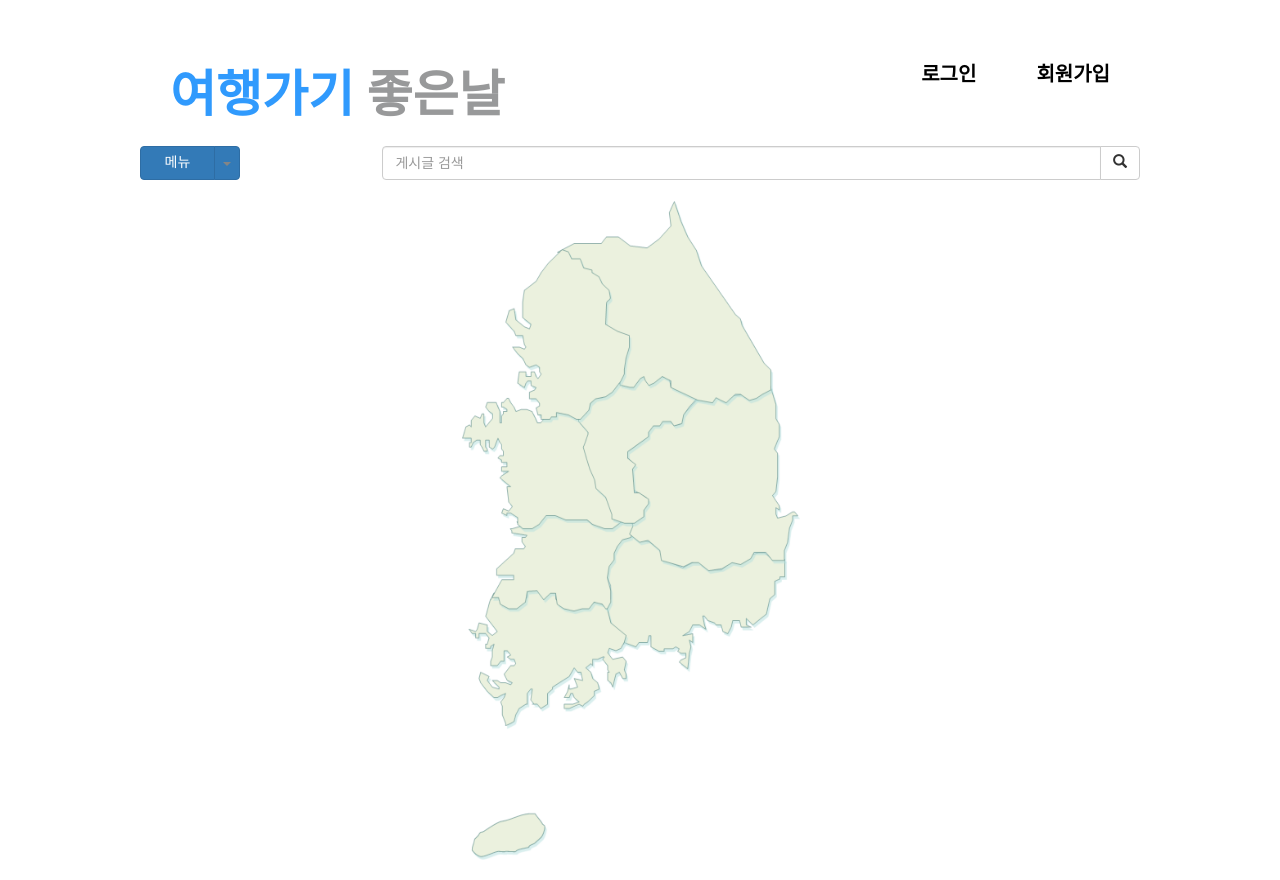
Repository: Hotmintchoco/teamProject1
Page: http://localhost/tripProject/mypage.jsp
These files come from the project's save history. The page is drawn as it stood at one moment and after the next save; the edit follows.
The browser window is 1280 px wide. The pictures show the whole page.
Some web fonts or font styles are not loaded; a fallback is used. The page is served by Tomcat 9. Nobody is signed in. The application's start-up code is not run.

Above is the page before, as saved 2022-07-02 11:42:40.

After the next save:
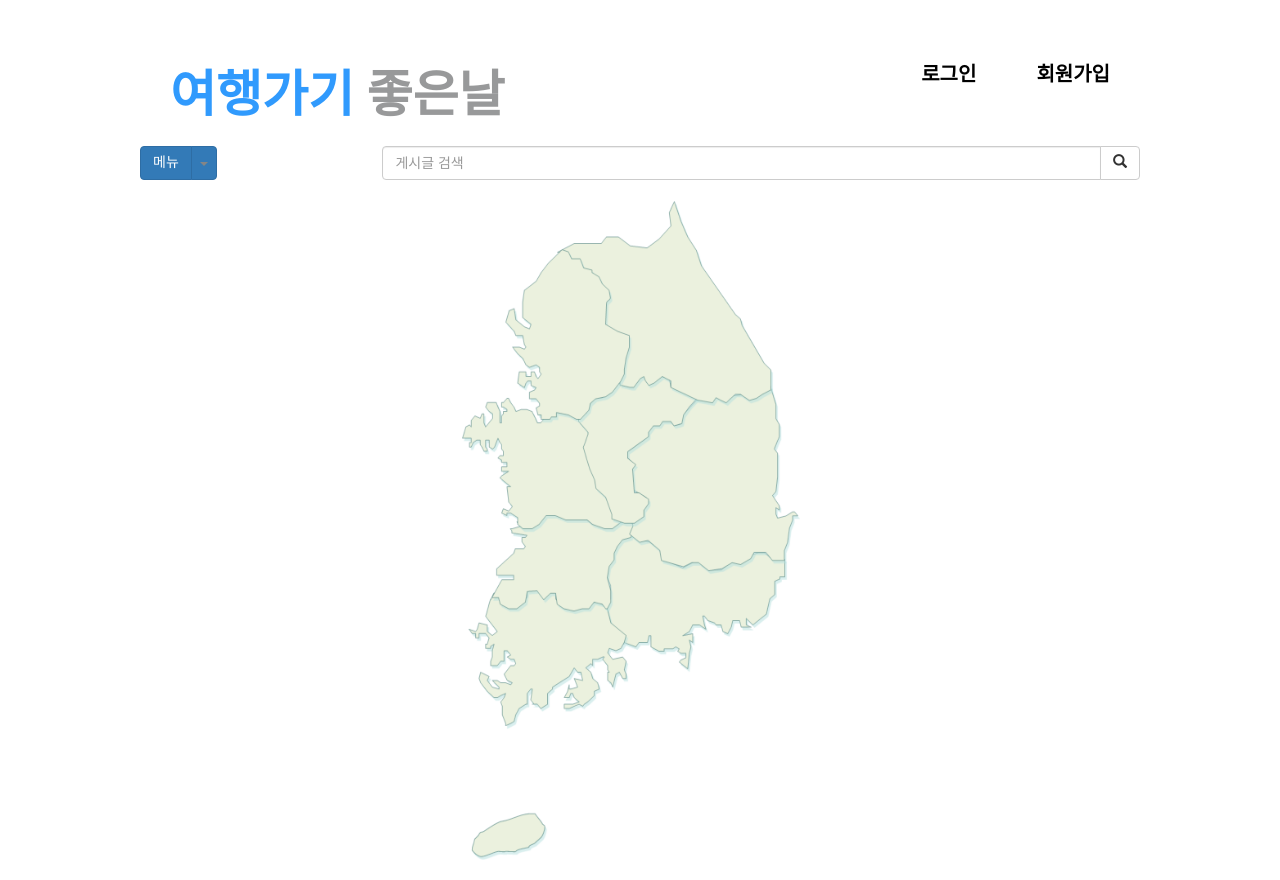
Saved 56 s later.
--- a/tripProject/src/main/webapp/mypage.jsp
+++ b/tripProject/src/main/webapp/mypage.jsp
@@ -27,7 +27,6 @@
         #slider > img {margin-left: 250px;}
         .tm-mt-0 {float: left; font-size: 50px;}
         #menubar {width: 1000px; margin: 0 auto;}
-        .menubtn {width: 75px;}
     </style>
 </head>
 <body>
